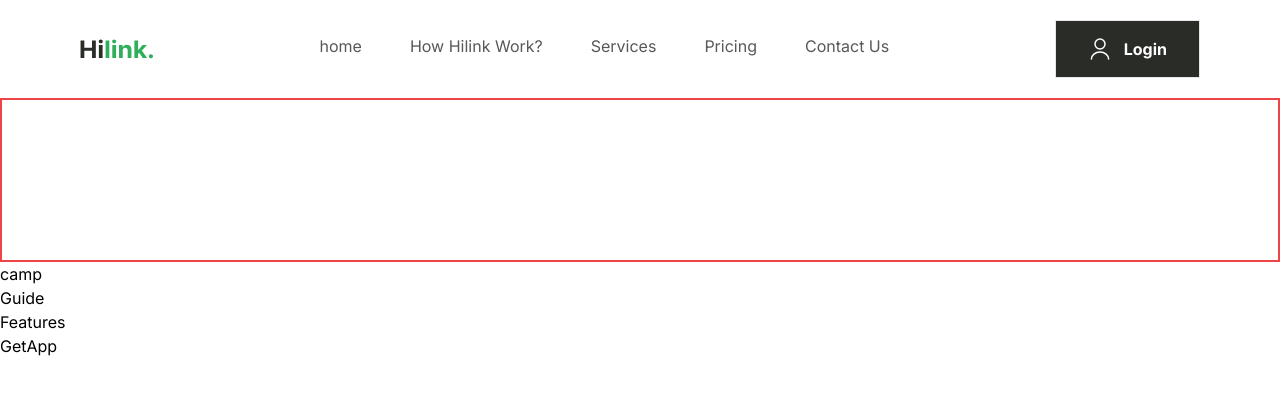
Repository: abdulrahmanmahmood/Travel-App
Page: /
An editor plug-in stored every save of this project. The page is shown before and after a run of saves, followed by the edit.
The browser window is 1280 px wide. The pictures show the whole page.
The project was rebuilt for these pictures with package versions that can differ from the ones it lists, and the page was loaded fresh each time. The framework's server and built-in components were replaced by stand-ins that run in the browser. Also part of the build but not shown: next.config.js.

Above is the page before, as saved 2023-11-01 13:55:46.

After the next 2 saves:
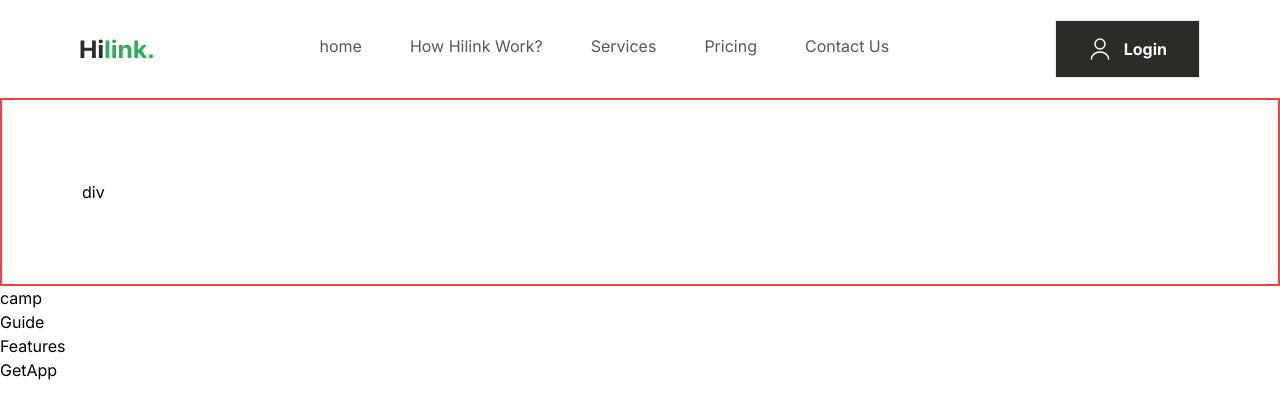
The 2 saves are shown as one change because they came seconds apart.
The last was saved 98 s later.
--- a/components/Hero.tsx
+++ b/components/Hero.tsx
@@ -1,7 +1,9 @@
 function Hero() {
   return (
     <section className="max-container padding-container flex flex-col gap-20
-    py-10 pb-32 md:gap-27 lg:py-20  xl:flex-row border-2 border-red-500"></section>
+    py-10 pb-32 md:gap-27 lg:py-20  xl:flex-row border-2 border-red-500">
+      div
+    </section>
   );
 }
 

After the 3 saves that followed:
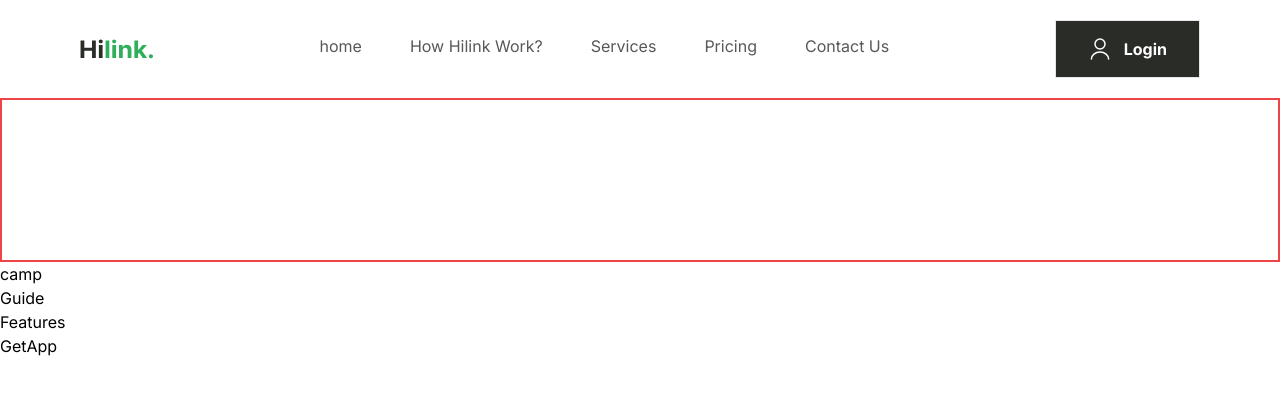
The 3 saves are shown as one change because they came seconds apart.
The last was saved 9 s later.
--- a/components/Hero.tsx
+++ b/components/Hero.tsx
@@ -2,7 +2,7 @@ function Hero() {
   return (
     <section className="max-container padding-container flex flex-col gap-20
     py-10 pb-32 md:gap-27 lg:py-20  xl:flex-row border-2 border-red-500">
-      div
+      <div className="her-map"/>
     </section>
   );
 }
